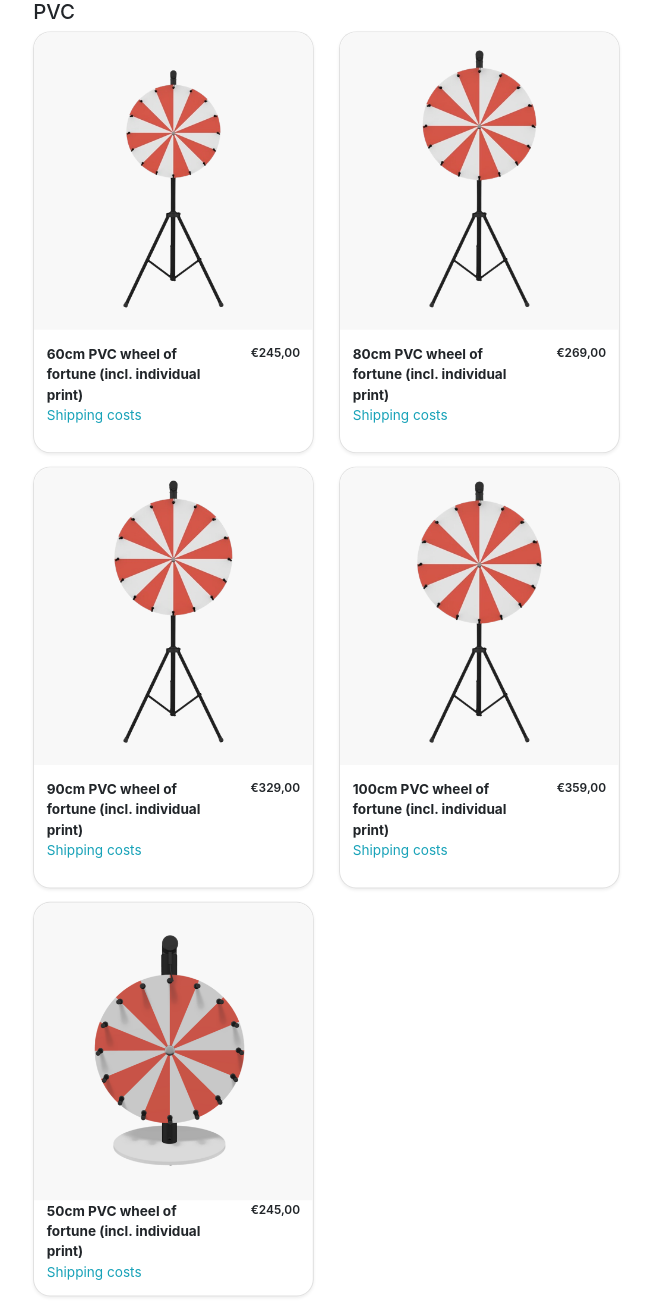
Repository: Awaisp-irfan/fahad-project
Page: pvc.html
These files come from the project's save history. The page is drawn as it stood at one moment and after the next save; the edit follows.
The browser window is 768 px wide. The pictures show the whole page, at 85% of full size.

Above is the page before, as saved 2022-06-30 09:39:57.

After the next save:
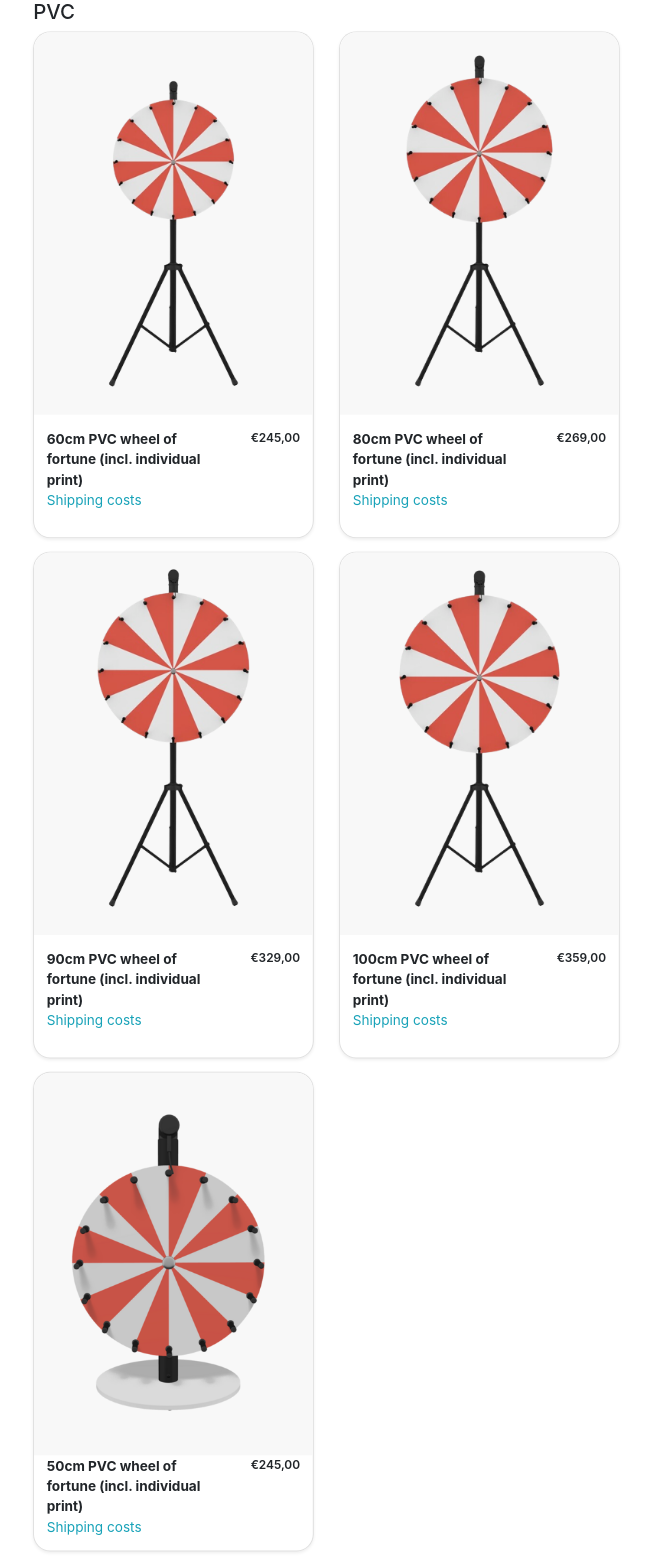
Saved 2 min 51 s later.
--- a/style.css
+++ b/style.css
@@ -101,3 +101,16 @@
     margin: 0;
     padding: 0;
 }
+
+
+
+
+/* media queries */
+@media (max-width : 768px) {
+    .card>.img-div{
+        height: 450px;
+        border-top-left-radius: 20px;
+        border-top-right-radius: 20px;
+        background-color: rgb(248, 248, 248);
+    }
+}
